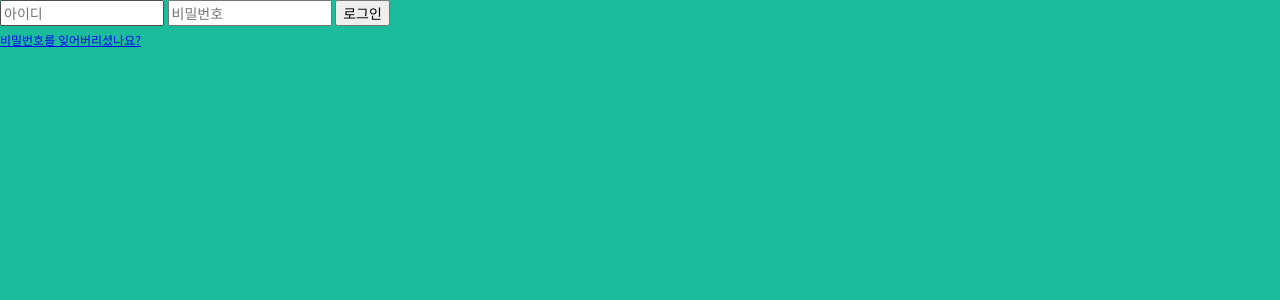
Repository: yesaroun/SS-final-project
Page: http://localhost/codeit-html/login-userlogin.jsp
An editor plug-in stored every save of this project. The page is shown before and after the next save, followed by the edit.
The browser window is 1280 px wide. The pictures show the whole page.
The page is served by Tomcat 9.

Above is the page before, as saved 2022-05-26 12:51:11.

After the next save:
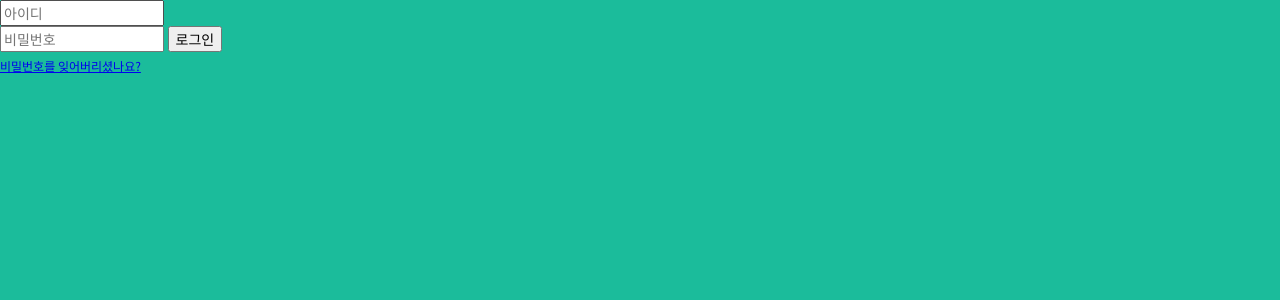
Saved 17 s later.
--- a/codeit-html/WebContent/css/userlogin.css
+++ b/codeit-html/WebContent/css/userlogin.css
@@ -13,7 +13,8 @@ body
 
 .login-form
 {
-
+	width: 300px;
+	background-color: #eeff1;
 }
 
 .text-field
